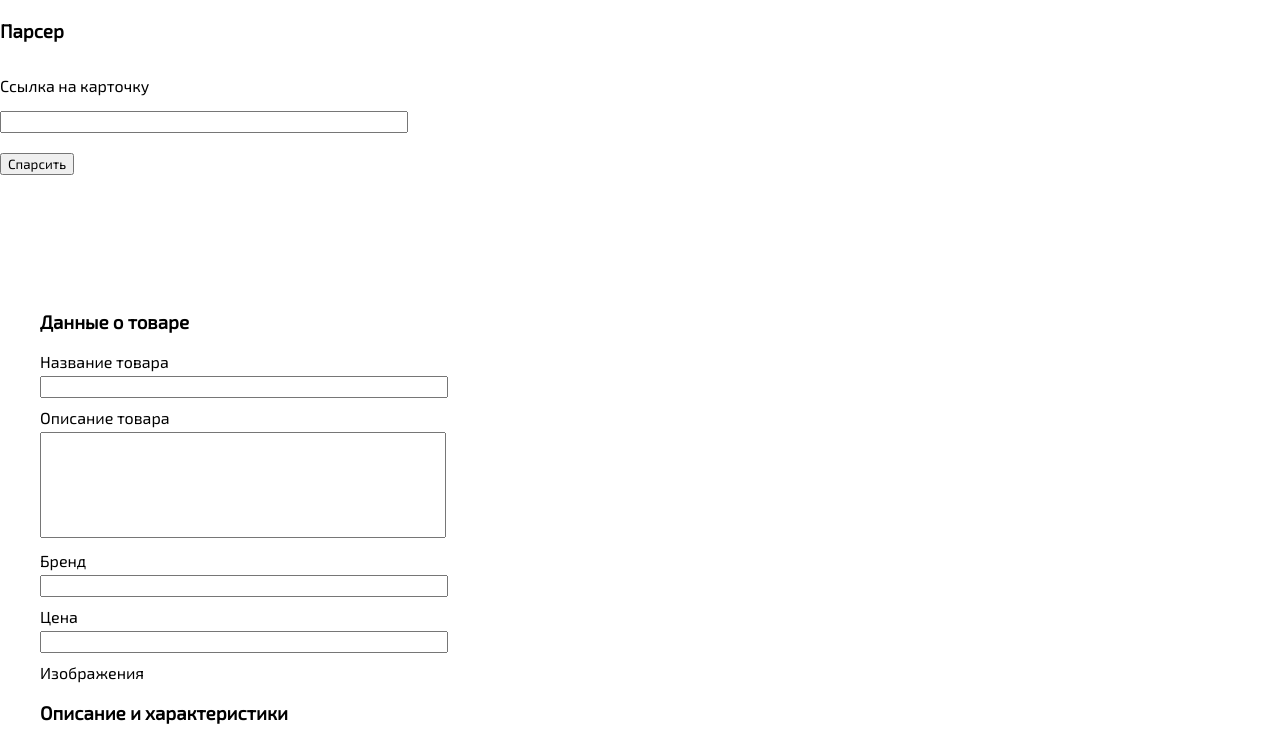
Repository: yozuul/wildberries-product-card-parser-api-exchange
Page: public/index.html
The author's editor kept a copy of each file at every save. The page is drawn from the files as they stood at one save, then again after the next save.
The browser window is 1280 px wide. The pictures show the whole page.

Above is the page before, as saved 2021-08-18 18:27:23.

After the next save:
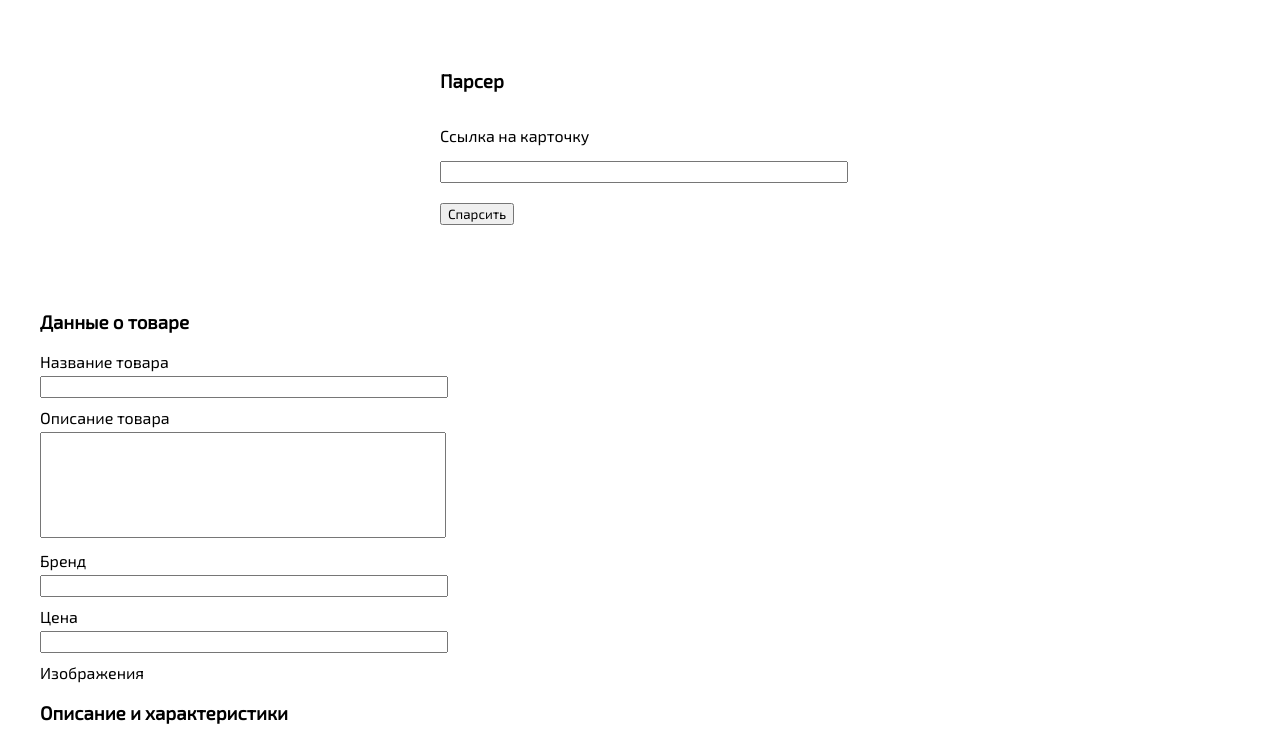
Saved 20 s later.
--- a/public/style.css
+++ b/public/style.css
@@ -8,11 +8,14 @@ body {
    padding: 0;
    margin: 0;
 }
-.formWrapper {
+.formWrapper, .parseForm {
    max-width: 1200px;
    margin: auto;
-   margin-top: 100px;
+   margin-top: 50px;
+}
+.formWrapper {
    display: flex;
+
 }
 .formWrapper_left {
    margin-right: 20px;
